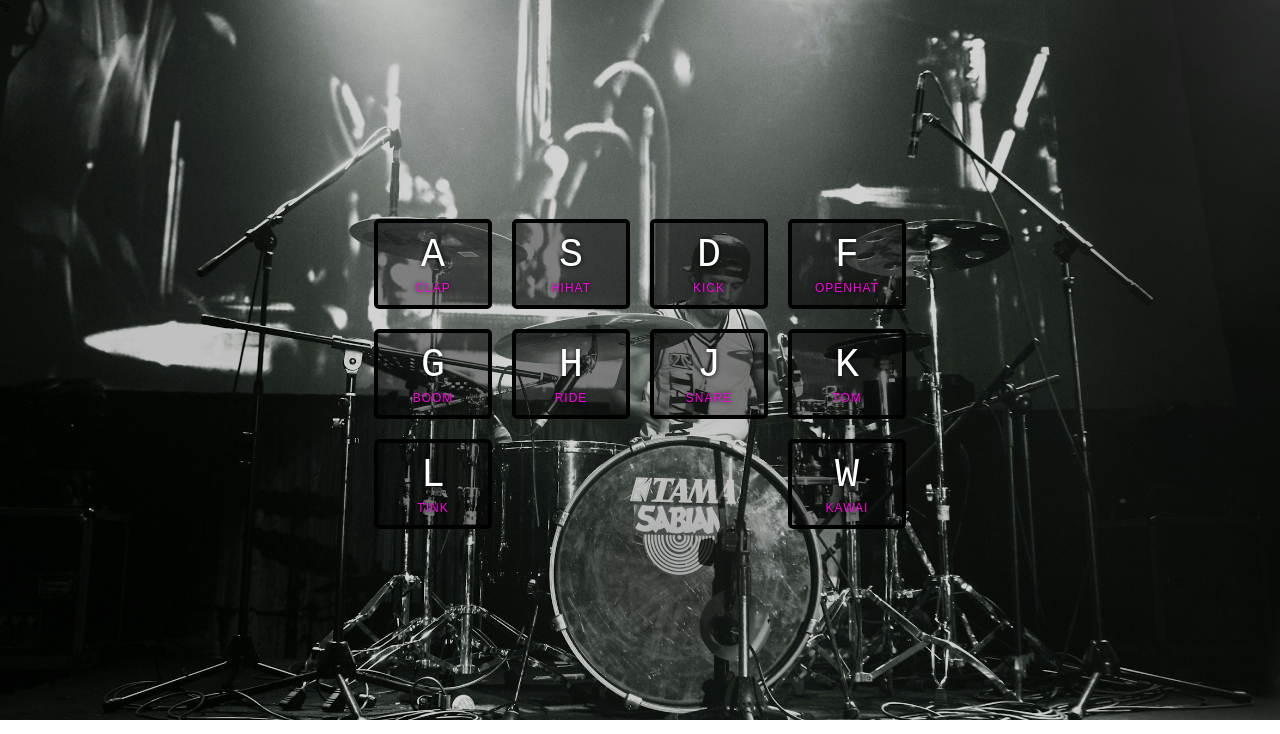
Repository: Freezler/drumkitJS
Page: index.html
These files come from the project's save history. The page is drawn as it stood at one moment and after the next save; the edit follows.
The browser window is 1280 px wide. The pictures show the whole page.

Above is the page before, as saved 2024-08-23 23:22:50.

After the next save:
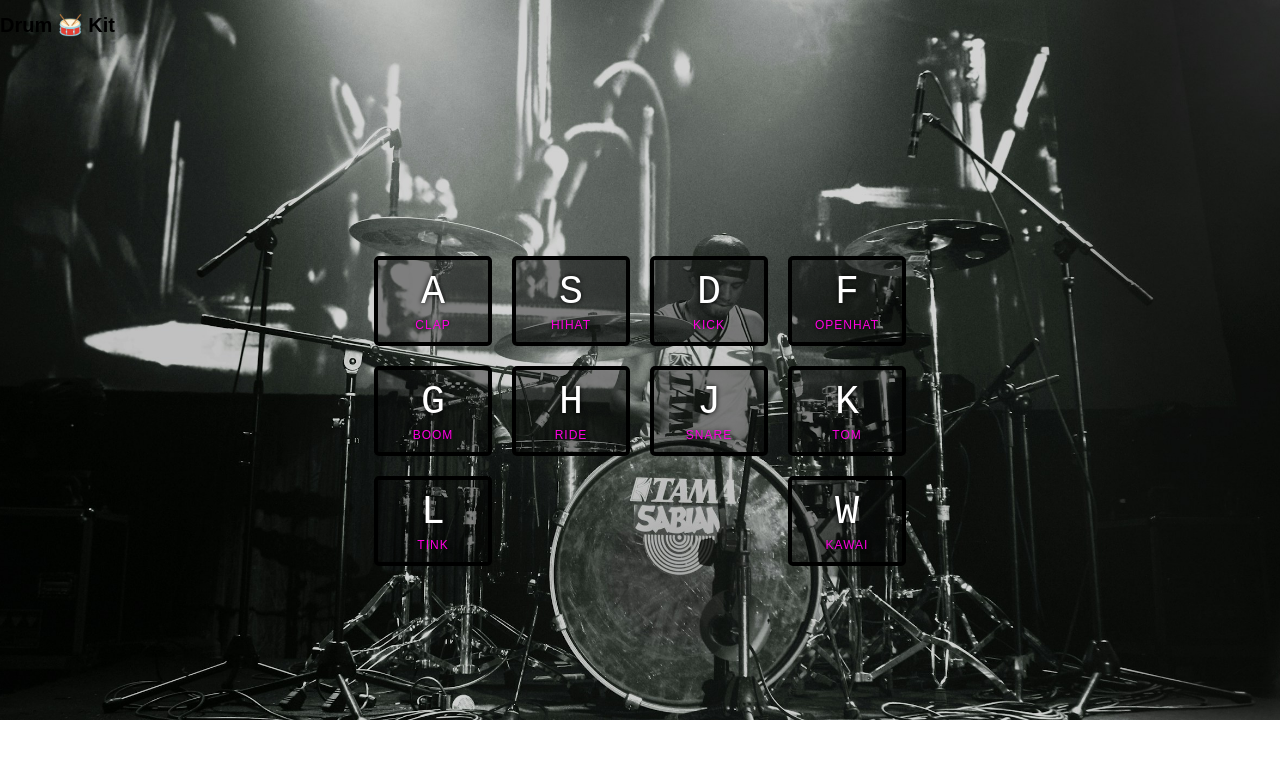
Saved 2 min 35 s later.
--- a/index.html
+++ b/index.html
@@ -7,9 +7,11 @@
   <link rel="stylesheet" href="style.css">
   <link rel="icon" href="https://fav.farm/🔥" />
 </head>
-⁰9
+
 <body>
-
+  <header>
+    <h1>Drum 🥁 Kit</h1>
+  </header>
   <main>
     <div class="keys">
       <div data-key="65" class="key">
